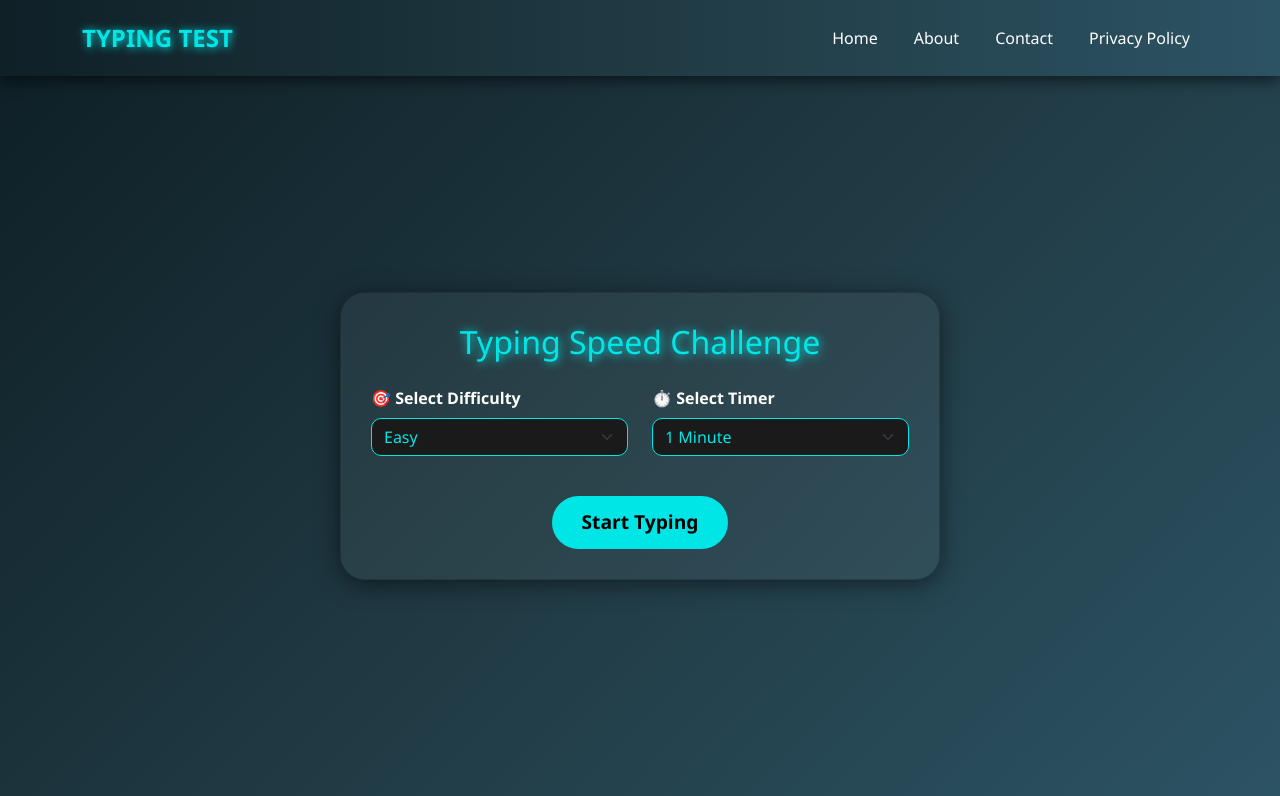
Repository: SHAHZADcodr/typing-test-react
Page: /
An editor plug-in stored every save of this project. The page is shown before and after a run of saves, followed by the edit.
The browser window is 1280 px wide. The pictures show the whole page.
The project was rebuilt for these pictures with package versions that can differ from the ones it lists, and the page was loaded fresh each time. Also part of the build but not shown: src/customCss/About.css, src/pages/About.jsx, src/customCss/Contact.css, src/pages/Contact.jsx, src/customCss/Game.css, src/pages/Game.jsx, src/customCss/GameOver.css, src/pages/GameOver.jsx and 2 more. Imported but missing from the stored project, and not drawn on this page: src/assets/background.mp3, src/assets/pop.mp3.

Above is the page before, as saved 2025-04-14 17:18:31.

### src/index.js
import React from 'react';
import "bootstrap/dist/css/bootstrap.min.css";
import ReactDOM from 'react-dom/client';
import './index.css';
import App from './App';
import { HashRouter } from 'react-router-dom';
import reportWebVitals from './reportWebVitals';

const root = ReactDOM.createRoot(document.getElementById('root'));
root.render(
  <React.StrictMode>
    <HashRouter>
      <App />
    </HashRouter>
  </React.StrictMode>
);

// If you want to start measuring performance in your app, pass a function
// to log results (for example: reportWebVitals(console.log))
// or send to an analytics endpoint. Learn more: https://bit.ly/CRA-vitals
reportWebVitals();

### src/index.css
body {
  margin: 0;
  background: linear-gradient(135deg, #0f2027,
  #203a43, #2c5364);
}

### src/App.js
import {Routes,Route} from "react-router-dom";
import './App.css';
import { useEffect } from "react";
//pages
import Home  from "./pages/Home";
import About from "./pages/About";
import Contact from "./pages/Contact";
import Game from "./pages/Game";
import GameOver from "./pages/GameOver";
import PrivacyPolicy from "./pages/PrivacyPolicy";

//components
import Navigation from "./components/Navbar";

function App() {

   useEffect(() => {
     // Disable Right Click
     document.addEventListener("contextmenu", (e) => e.preventDefault());

     // Disable Keyboard Shortcuts
     const blockDevTools = (e) => {
       if (
         e.key === "F12" ||
         (e.ctrlKey && e.shiftKey && ["I", "J", "C"].includes(e.key)) ||
         (e.ctrlKey && e.key === "U")
       ) {
         e.preventDefault();
       }
     };

     document.addEventListener("keydown", blockDevTools);

     return () => {
       document.removeEventListener("contextmenu", (e) => e.preventDefault());
       document.removeEventListener("keydown", blockDevTools);
     };
   }, []);

  return (
    <>
    <Navigation/>
    <Routes>
      <Route path="/" element={<Home/>}/>
      <Route path="*" element={<Home/>}/>
      <Route path="/about" element={<About/>}/>
      <Route path="/contact" element={<Contact/>}/>
      <Route path="/privacy-policy" element={<PrivacyPolicy/>}/>
      <Route path="/game" element={<Game/>}/>
      <Route path="/gameOver" element={<GameOver/>}/>

    </Routes>
    </>

  );
}

export default App;

### src/App.css
.custom-navbar {
  background: linear-gradient(to right, #0f2027, #203a43, #2c5364) !important;
  padding: 15px 20px;
  box-shadow: 0 4px 15px rgba(0, 0, 0, 0.6);
  font-family: 'Segoe UI', Tahoma, Geneva, Verdana, sans-serif;
  z-index: 1000;
  position: relative;
}

.custom-navbar .navbar-brand {
  color: #00e6e6 !important;
  font-weight: bold;
  font-size: 1.5rem;
  text-shadow: 1px 1px 8px #00e6e6;
}

.custom-navbar .nav-link {
  color: #ffffff !important;
  margin-left: 20px;
  transition: color 0.3s ease, transform 0.2s ease;
  font-weight: 500;
  display: inline-block;
}

.custom-navbar .nav-link:hover {
  color: #00e6e6 !important;
  transform: scale(1.05);
  text-shadow: 0 0 5px #00e6e6;
}

.custom-navbar .navbar-toggler {
  background-color: #00e6e6;
  border: none;
  outline: none;
}

### src/pages/Home.jsx
import React, { useState } from 'react';
import { Container, Form, Button, Row, Col, Card } from 'react-bootstrap';
import { useNavigate } from 'react-router-dom';
import '../customCss/Home.css'; // import this CSS file

const Home = () => {
  const [difficulty, setDifficulty] = useState('easy');
  const [duration, setDuration] = useState(60);
  const navigate = useNavigate();

  const handleStart = () => {
    navigate('/game', { state: { difficulty, duration } });
  };

  return (
    <div className="home-container">
      <Card className="home-card">
        <h2 className="text-center mb-4">Typing Speed Challenge </h2>

        <Row className="mb-3">
          <Col md={6}>
            <Form.Group>
              <Form.Label className="form-label">🎯 Select Difficulty</Form.Label>
              <Form.Select
                className="form-select"
                value={difficulty}
                onChange={(e) => setDifficulty(e.target.value)}
              >
                <option value="easy">Easy</option>
                <option value="medium">Medium</option>
                <option value="hard">Hard</option>
              </Form.Select>
            </Form.Group>
          </Col>

          <Col md={6}>
            <Form.Group>
              <Form.Label className="form-label">⏱️ Select Timer</Form.Label>
              <Form.Select
                className="form-select"
                value={duration}
                onChange={(e) => setDuration(Number(e.target.value))}
              >
                <option value="60">1 Minute</option>
                <option value="120">2 Minutes</option>
                <option value="180">3 Minutes</option>
                <option value="300">5 Minutes</option>
                <option value="600">10 Minutes</option>
              </Form.Select>
            </Form.Group>
          </Col>
        </Row>

        <div className="text-center mt-4">
          <Button className="start-button" size="lg" onClick={handleStart}>
            Start Typing
          </Button>
        </div>
      </Card>
    </div>
  );
};

export default Home;

### src/components/Navbar.jsx
import React from 'react';
import { Navbar, Nav, Container } from 'react-bootstrap';
import { Link } from 'react-router-dom';
import '../App.css'; // Ensure correct path

const Navigation = () => {
  return (
    <Navbar expand="lg" className="custom-navbar" variant="dark">
      <Container>
        <Navbar.Brand as={Link} to="/">TYPING TEST</Navbar.Brand>
        <Navbar.Toggle aria-controls="basic-navbar-nav" />
        <Navbar.Collapse id="basic-navbar-nav">
          <Nav className="ms-auto">
            <Nav.Link as={Link} to="/">Home</Nav.Link>
            <Nav.Link as={Link} to="/about">About</Nav.Link>
            <Nav.Link as={Link} to="/contact">Contact</Nav.Link>
            <Nav.Link as={Link} to="/privacy-policy">Privacy Policy</Nav.Link>
          </Nav>
        </Navbar.Collapse>
      </Container>
    </Navbar>
  );
};

export default Navigation;

### src/customCss/Home.css
.home-container {
    height: 100vh;
    display: flex;
    align-items: center;
    justify-content: center;
    background: linear-gradient(135deg, #0f2027, #203a43, #2c5364);
    color: #fff;
    font-family: 'Segoe UI', Tahoma, Geneva, Verdana, sans-serif;
    padding: 20px;
  }

  .home-card {
    background-color: rgba(255, 255, 255, 0.05);
    border-radius: 25px;
    padding: 30px;
    box-shadow: 0 4px 25px rgba(0, 0, 0, 0.5);
    width: 100%;
    max-width: 600px;
  }

  .home-card h2 {
    color: #00e6e6;
    text-shadow: 1px 1px 10px #00e6e6;
  }

  .form-label {
    color: #fff;
    font-weight: bold;
  }

  .form-select {
    background-color: #1a1a1a;
    color: #00e6e6;
    border: 1px solid #00e6e6;
    border-radius: 10px;
  }

  .form-select:focus {
    box-shadow: 0 0 10px #00e6e6;
    border-color: #00e6e6;
  }

  .start-button {
    background-color: #00e6e6;
    border: none;
    color: #000;
    font-weight: bold;
    padding: 12px 30px;
    border-radius: 30px;
    font-size: 1.2rem;
    transition: background-color 0.3s ease, transform 0.2s ease;
  }

  .start-button:hover {
    background-color: #01cccc;
    transform: scale(1.05);
  }

Loaded but not shown: public/index.html (common file); src/reportWebVitals.js (common file)

After the next 2 saves:
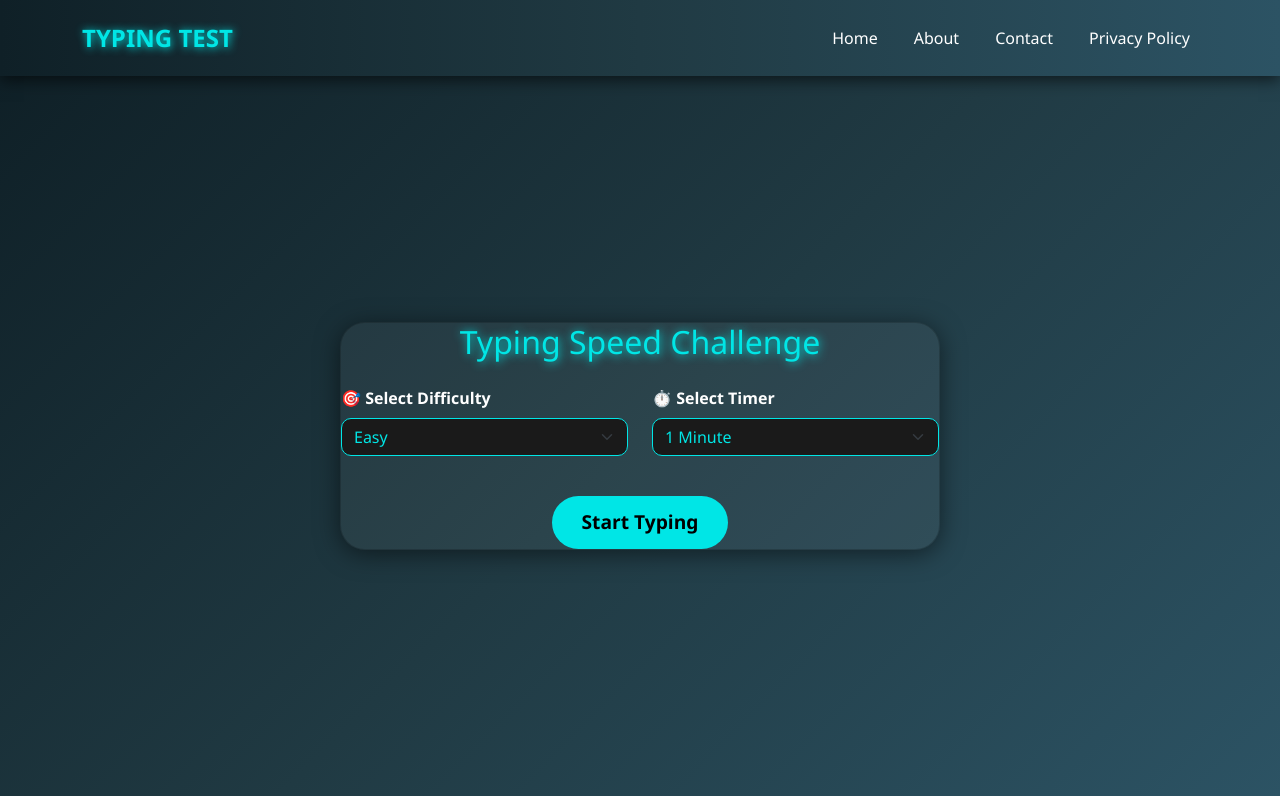
The 2 saves are shown as one change because they came seconds apart.
The last was saved 46 s later.
--- a/src/customCss/Home.css
+++ b/src/customCss/Home.css
@@ -12,6 +12,7 @@
   .home-card {
     background-color: rgba(255, 255, 255, 0.05);
     border-radius: 25px;
+    margin-top:
     padding: 30px;
     box-shadow: 0 4px 25px rgba(0, 0, 0, 0.5);
     width: 100%;
